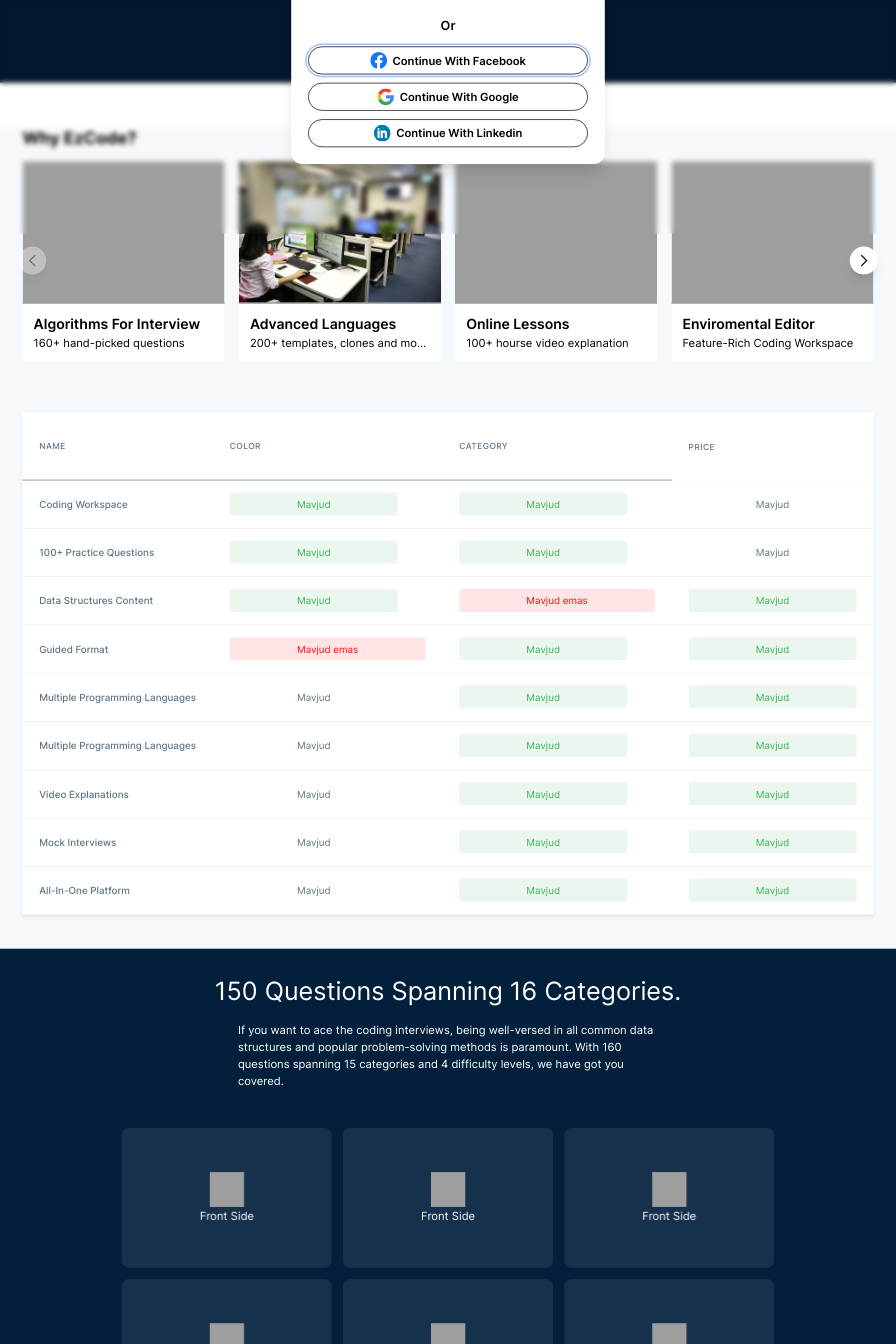
Repository: om1ars/Xjkey
Page: /
An editor plug-in stored every save of this project. The page is shown before and after the next save, followed by the edit.
The browser window is 1280 px wide. The pictures show the part of the page from y = 385 to 2305 px (the page is 3997 px tall), at 70% of full size.
Pictures or frames that could not be fetched are drawn as grey boxes. The project was rebuilt for these pictures with package versions that can differ from the ones it lists, and the page was loaded fresh each time. The framework's server and built-in components were replaced by stand-ins that run in the browser. Also part of the build but not shown: next.config.js.

Above is the page before, as saved 2022-03-19 19:47:24.

### src/pages/_app.tsx
import "@/css/fonts.css";
// Import Swiper styles
import "swiper/css";
import "swiper/css/free-mode";
import "swiper/css/scrollbar";
import "swiper/css/navigation";
//
import "@/css/main.scss";
import type { AppProps } from "next/app";
import { ThemeProvider } from "next-themes";
import { Header } from "@/components/Header";
import DefaultLayout from "@/layouts/DefaultLayout";
import Head from "next/head";

function MyApp({ Component, pageProps }: AppProps) {
  return (
    <>
      <Head>
        <link
          rel="stylesheet"
          href="https://cdn.jsdelivr.net/gh/devicons/devicon@latest/devicon.min.css"
        />
      </Head>
      <ThemeProvider attribute="class" defaultTheme="system">
        <DefaultLayout>
          <Component {...pageProps} />
        </DefaultLayout>
      </ThemeProvider>
    </>
  );
}

export default MyApp;

### src/pages/_document.tsx
import NextDocument, {
  Html,
  Head,
  Main,
  NextScript,
  DocumentContext,
} from 'next/document';

export default class Document extends NextDocument {
  static async getInitialProps(ctx: DocumentContext) {
    const initialProps = await NextDocument.getInitialProps(ctx);
    return { ...initialProps };
  }

  render() {
    return (
      <Html lang='en' className='dark'>
        <Head>
          <link href='/favicons/site.webmanifest' rel='manifest' />
          <link href='/favicons/favicon.ico' rel='shortcut icon' />
          <link
            href='/favicons/apple-touch-icon.png'
            rel='apple-touch-icon'
            sizes='180x180'
          />
          <link
            href='/favicons/favicon-32x32.png'
            rel='icon'
            sizes='32x32'
            type='image/png'
          />
          <link
            href='/favicons/favicon-16x16.png'
            rel='icon'
            sizes='16x16'
            type='image/png'
          />
          <link
            rel='mask-icon'
            href='/favicons/safari-pinned-tab.svg'
            color='#6366f1'
          />
          <meta content='#ffffff' name='theme-color' />
          <meta content='#ffffff' name='msapplication-TileColor' />
          <meta
            content='/favicons/browserconfig.xml'
            name='msapplication-config'
          />
        </Head>
        <body className='dark:highlight-white/5 bg-neutral-100 text-slate-900 antialiased dark:bg-gray-800 dark:text-white'>
          <Main />
          <NextScript />
        </body>
      </Html>
    );
  }
}

### src/pages/index.tsx
import React from "react";
import SEO from "@/components/SEO";
import AboutUs from "@/components/HomeComponents/AboutUs";
import Hero from "@/components/HomeComponents/Hero";
import AlgoFlipCard from "@/components/HomeComponents/FlipCard";
import VideosComponents from "@/components/HomeComponents/VideosComponents";
import CompareTable from "@/components/HomeComponents/CompareTable";
import { WhyUs } from "@/components/HomeComponents/WhyUs";
export default function Home() {
  return (
    <>
      <SEO />
      <Hero
        title=" The ultimate resource to prepare for coding interviews."
        subtitle="Everything you need, in one streamlined platform"
      />
      <div className="bg-whiteBg">
        <main className="mx-auto max-w-screen-xl px-6 sm:px-8">
          <div className="mt-16 space-y-20">
            <WhyUs />
          </div>
        </main>
        <main
          className="mx-auto max-w-screen-xl bg-whiteBg px-6 sm:px-8 "
          id="video-explanation"
        >
          <div className="mt-16 space-y-20">
            <CompareTable />
          </div>
        </main>
        <div className="mt-10 " id="flipCard">
          <AlgoFlipCard />
        </div>
        <main
          className="mx-auto max-w-screen-xl px-6 sm:px-8 "
          id="video-explanation"
        >
          <div className="mt-16 space-y-20">
            <VideosComponents />
          </div>
        </main>
      </div>
    </>
  );
}

### src/css/fonts.css
@font-face {
  font-family: "Inter var";
  font-weight: 100 900;
  font-display: swap;
  font-style: normal;
  font-named-instance: "Regular";
  src: url("../fonts/Inter-roman-latin.var.woff2") format("woff2");
}

@font-face {
  font-family: "Inter var";
  font-weight: 100 900;
  font-display: swap;
  font-style: italic;
  font-named-instance: "Italic";
  src: url("../fonts/Inter-italic-latin.var.woff2") format("woff2");
}

### src/layouts/DefaultLayout.tsx
import Footer from "@/components/Footer";
import { Header } from "@/components/Header";
import React, { FC } from "react";

export default function DefaultLayout({ children }: any) {
  return (
    <div>
      <Header />
      <main>{children}</main>
      <Footer />
    </div>
  );
}

### src/components/SEO.tsx
import React from "react";
import Head from "next/head";

const defaultMeta = {
  title: "Job Seeking Landing Page - Miad V",
  description: "Exprimental Project",
};

const SEO: React.FC<any> = ({ children, ...customMeta }) => {
  const meta = {
    ...defaultMeta,
    ...customMeta,
  };
  return (
    <Head>
      <meta name="robots" content="noindex" />
      <title>{meta.title}</title>
      <meta name="description" content={meta.description} />
    </Head>
  );
};

export default SEO;

### src/components/HomeComponents/CompareTable.tsx
import React from "react";
import { MdOutlineDone } from "react-icons/md";

export default function CompareTable() {
  return (
    <div>
      <div className="flex flex-col">
        <div className="overflow-x-auto sm:-mx-6 lg:-mx-8">
          <div className="inline-block min-w-full py-2 sm:px-6 lg:px-8">
            <div className="overflow-hidden shadow-md ">
              <table className="min-w-full text-text">
                <thead className="bg-white  ">
                  <tr className="">
                    <th
                      scope="col"
                      className="text-gray-700 dark:text-gray-400 py-3 px-6 text-left text-xs font-medium uppercase tracking-wider"
                    >
                      Name
                    </th>
                    <th
                      scope="col"
                      className="text-gray-700 dark:text-gray-400   py-3 px-6 pt-10 pb-10 text-left text-xs font-medium uppercase tracking-wider"
                    >
                      Color
                    </th>
                    <th
                      scope="col"
                      className="text-gray-700 dark:text-gray-400 py-3 px-6 text-left text-xs font-medium uppercase tracking-wider"
                    >
                      Category
                    </th>
                    <th
                      scope="col"
                      className="text-gray-700 dark:text-gray-400 py-3 px-6 text-left text-xs font-medium uppercase tracking-wider"
                    >
                      Price
                    </th>
                  </tr>
                </thead>
                <tbody className="bg-white">
                  {/* Product 1 */}
                  <tr className="border-b border-gray ">
                    <td className="text-gray-900 whitespace-nowrap border-t py-4 px-6 pt-6 pb-6 text-sm font-medium dark:text-white">
                      Coding Workspace
                    </td>
                    <td className="text-gray-500 dark:text-gray-400 whitespace-nowrap border-t py-4 px-6 text-sm">
                      <span className="rounded bg-successColor pl-24 pr-24 pt-2 pb-2 text-successText">
                        Mavjud
                      </span>
                    </td>
                    <td className="text-gray-500 dark:text-gray-400 whitespace-nowrap border-t py-4 px-6 text-sm">
                      <span className="rounded bg-successColor pl-24 pr-24 pt-2 pb-2 text-successText">
                        Mavjud
                      </span>
                    </td>
                    <td className="text-gray-500 dark:text-gray-400 whitespace-nowrap py-4 px-6 text-sm">
                      <span className="bg-green-100 rounded pl-24 pr-24 pt-2 pb-2">
                        Mavjud
                      </span>
                    </td>
                  </tr>
                  {/* Product 2 */}
                  <tr className="border-b border-gray ">
                    <td className="text-gray-900 whitespace-nowrap py-4 px-6 pt-6 pb-6 text-sm font-medium dark:text-white">
                      100+ Practice Questions
                    </td>
                    <td className="text-gray-500 dark:text-gray-400 whitespace-nowrap py-4 px-6 text-sm">
                      <span className="rounded bg-successColor pl-24 pr-24 pt-2 pb-2 text-successText">
                        Mavjud
                      </span>{" "}
                    </td>
                    <td className="text-gray-500 dark:text-gray-400 whitespace-nowrap py-4 px-6 text-sm">
                   <span className="rounded bg-successColor pl-24 pr-24 pt-2 pb-2 text-successText">
                        Mavjud
                      </span>{" "}
                    </td>
                    <td className="text-gray-500 dark:text-gray-400 whitespace-nowrap py-4 px-6 text-sm">
                      <span className="bg-green-100 rounded pl-24 pr-24 pt-2 pb-2">
                        Mavjud
                      </span>
                    </td>
                  </tr>
                  {/* Product 3 */}
                  <tr className="border-b border-gray ">
                    <td className="text-gray-900 whitespace-nowrap py-4 px-6 pt-6 pb-6 text-sm font-medium dark:text-white">
                      Data Structures Content
                    </td>
                    <td className="text-gray-500 dark:text-gray-400 whitespace-nowrap py-4 px-6 text-sm">
                      <span className="rounded bg-successColor pl-24 pr-24 pt-2 pb-2 text-successText">
                        Mavjud
                      </span>
                    </td>
                    <td className="text-gray-500 dark:text-gray-400 whitespace-nowrap py-4 px-6 text-sm">
                      <span className="rounded bg-dangerColor pl-24 pr-24 pt-2 pb-2 text-dangerText">
                        Mavjud emas
                      </span>
                    </td>
                    <td className="text-gray-500 dark:text-gray-400 whitespace-nowrap py-4 px-6 text-sm">
                      <span className="rounded bg-successColor pl-24 pr-24 pt-2 pb-2 text-successText">
                        Mavjud
                      </span>
                    </td>
                  </tr>
                  {/* Product 4 */}
                  <tr className="border-b border-gray ">
                    <td className="text-gray-900 whitespace-nowrap py-4 px-6 pt-6 pb-6 text-sm font-medium dark:text-white">
                      Guided Format
                    </td>
                    <td className="text-gray-500 dark:text-gray-400 whitespace-nowrap py-4 px-6 text-sm">
                      <span className="rounded bg-dangerColor pl-24 pr-24 pt-2 pb-2 text-dangerText">
                        Mavjud emas
                      </span>
                    </td>
                    <td className="text-gray-500 dark:text-gray-400 whitespace-nowrap py-4 px-6 text-sm">
                   <span className="rounded bg-successColor pl-24 pr-24 pt-2 pb-2 text-successText">
                        Mavjud
                      </span>
                    </td>
                    <td className="text-gray-500 dark:text-gray-400 whitespace-nowrap py-4 px-6 text-sm">
                      <span className="rounded bg-successColor pl-24 pr-24 pt-2 pb-2 text-successText">
                        Mavjud
                      </span>
                    </td>
                  </tr>
                  {/* Product 5 */}
                  <tr className="border-b border-gray ">
                    <td className="text-gray-900 whitespace-nowrap py-4 px-6 pt-6 pb-6 text-sm font-medium dark:text-white">
                      Multiple Programming Languages{" "}
                    </td>
                    <td className="text-gray-500 dark:text-gray-400 whitespace-nowrap py-4 px-6 text-sm">
                      <span className="bg-green-100 rounded pl-24 pr-24 pt-2 pb-2">
                        Mavjud
                      </span>
                    </td>
                    <td className="text-gray-500 dark:text-gray-400 whitespace-nowrap py-4 px-6 text-sm">
                   <span className="rounded bg-successColor pl-24 pr-24 pt-2 pb-2 text-successText">
                        Mavjud
                      </span>
                    </td>
                    <td className="text-gray-500 dark:text-gray-400 whitespace-nowrap py-4 px-6 text-sm">
                      <span className="rounded bg-successColor pl-24 pr-24 pt-2 pb-2 text-successText">
                        Mavjud
                      </span>
                    </td>
                  </tr>
                  <tr className="border-b border-gray ">
                    <td className="text-gray-900 whitespace-nowrap py-4 px-6 pt-6 pb-6 text-sm font-medium dark:text-white">
                      Multiple Programming Languages{" "}
                    </td>
                    <td className="text-gray-500 dark:text-gray-400 whitespace-nowrap py-4 px-6 text-sm">
                      <span className="bg-green-100 rounded pl-24 pr-24 pt-2 pb-2">
                        Mavjud
                      </span>
                    </td>
                    <td className="text-gray-500 dark:text-gray-400 whitespace-nowrap py-4 px-6 text-sm">
                   <span className="rounded bg-successColor pl-24 pr-24 pt-2 pb-2 text-successText">
                        Mavjud
                      </span>
                    </td>
                    <td className="text-gray-500 dark:text-gray-400 whitespace-nowrap py-4 px-6 text-sm">
                      <span className="rounded bg-successColor pl-24 pr-24 pt-2 pb-2 text-successText">
                        Mavjud
                      </span>
                    </td>
                  </tr>
                  <tr className="border-b border-gray ">
                    <td className="text-gray-900 whitespace-nowrap py-4 px-6 pt-6 pb-6 text-sm font-medium dark:text-white">
                      Video Explanations
                    </td>
                    <td className="text-gray-500 dark:text-gray-400 whitespace-nowrap py-4 px-6 text-sm">
                      <span className="bg-green-100 rounded pl-24 pr-24 pt-2 pb-2">
                        Mavjud
                      </span>
                    </td>
                    <td className="text-gray-500 dark:text-gray-400 whitespace-nowrap py-4 px-6 text-sm">
                   <span className="rounded bg-successColor pl-24 pr-24 pt-2 pb-2 text-successText">
                        Mavjud
                      </span>
                    </td>
                    <td className="text-gray-500 dark:text-gray-400 whitespace-nowrap py-4 px-6 text-sm">
                      <span className="rounded bg-successColor pl-24 pr-24 pt-2 pb-2 text-successText">
                        Mavjud
                      </span>
                    </td>
                  </tr>
                  <tr className="border-b border-gray ">
                    <td className="text-gray-900 whitespace-nowrap py-4 px-6 pt-6 pb-6 text-sm font-medium dark:text-white">
                      Mock Interviews
                    </td>
                    <td className="text-gray-500 dark:text-gray-400 whitespace-nowrap py-4 px-6 text-sm">
                      <span className="bg-green-100 rounded pl-24 pr-24 pt-2 pb-2">
                        Mavjud
                      </span>
                    </td>
                    <td className="text-gray-500 dark:text-gray-400 whitespace-nowrap py-4 px-6 text-sm">
                   <span className="rounded bg-successColor pl-24 pr-24 pt-2 pb-2 text-successText">
                        Mavjud
                      </span>
                    </td>
                    <td className="text-gray-500 dark:text-gray-400 whitespace-nowrap py-4 px-6 text-sm">
                      <span className="rounded bg-successColor pl-24 pr-24 pt-2 pb-2 text-successText">
                        Mavjud
                      </span>
                    </td>
                  </tr>
                  <tr className="border-b border-gray ">
                    <td className="text-gray-900 whitespace-nowrap py-4 px-6 pt-6 pb-6 text-sm font-medium dark:text-white">
                      All-In-One Platform
                    </td>
                    <td className="text-gray-500 dark:text-gray-400 whitespace-nowrap py-4 px-6 text-sm">
                      <span className="bg-green-100 rounded pl-24 pr-24 pt-2 pb-2">
                        Mavjud
                      </span>
                    </td>
                    <td className="text-gray-500 dark:text-gray-400 whitespace-nowrap py-4 px-6 text-sm">
                   <span className="rounded bg-successColor pl-24 pr-24 pt-2 pb-2 text-successText">
                        Mavjud
                      </span>
                    </td>
                    <td className="text-gray-500 dark:text-gray-400 whitespace-nowrap py-4 px-6 text-sm">
                      <span className="rounded bg-successColor pl-24 pr-24 pt-2 pb-2 text-successText">
                        Mavjud
                      </span>
                    </td>
                  </tr>
                </tbody>
              </table>
            </div>
          </div>
        </div>
      </div>
    </div>
  );
}

### src/css/flip-card.scss
.algo_flip_card_container {
  width: 100%;
  padding: 40px;
  height: 100%;
  background: #02203c;
  //   display: flex;
  justify-content: center;
  align-items: center;
}
.services-box {
  display: flex;
  justify-content: center;
  align-items: center;
  flex-wrap: wrap;
}

.service {
  margin: 8px;
}

.flip-box {
  background-color: transparent;
  width: 300px;
  height: 200px;
  //   border: 1px solid #15314b;
  border-radius: 10px;
  perspective: 1000px;
}

.flip-box-inner {
  position: relative;
  width: 100%;
  height: 100%;
  text-align: center;
  transition: transform 0.4s;
  transform-style: preserve-3d;

  display: flex;
  justify-content: center;
  align-items: center;
}

.flip-box:hover .flip-box-inner {
  transform: rotateY(180deg);
}

.flip-box-front,
.flip-box-back {
  position: absolute;
  width: 100%;
  height: 100%;
  -webkit-backface-visibility: hidden;
  backface-visibility: hidden;

  display: flex;
  justify-content: center;
  align-items: center;
  flex-direction: column;
}

.flip-box-front {
  background-color: #15314b;
  color: white;
  border-radius: 10px;
}

.flip-box-front img {
  height: 50px;
  width: 50px;
}

.flip-box-back {
  background-color: #15314b;
  color: white;
  transform: rotateY(180deg);
  border-radius: 10px;
  padding: 16px;
}

### src/components/Footer.tsx
import Link from "next/link";
import React from "react";

export default function Footer() {
  return (
    <div>
      <div className="bg-darkBg text-whiteBg flex flex-col items-center justify-center pl-48 pr-48 pt-16 pb-10">
        <div className="sm:flex sm:flex-wrap md:flex md:flex-wrap lg:flex ">
          <div className="ml-4 flex ">
            <span className="mr-2 ml-2">
              <Link href="/help">Contact us</Link>
            </span>
            <div className=" ml-2 w-0.5 bg-gray-500"></div>
          </div>
          <div className="ml-4 flex ">
            <span className="mr-2 ml-2">FAQ</span>
            <div className=" ml-2 w-0.5 bg-gray-500"></div>
          </div>
          <div className="ml-4 flex ">
            <span className="mr-2 ml-2">Reviews</span>
            <div className=" ml-2 w-0.5 bg-gray-500"></div>
          </div>
          <div className="ml-4 flex ">
            <span className="mr-2 ml-2">Blog</span>
            <div className=" ml-2 w-0.5 bg-gray-500"></div>
          </div>
          <div className="ml-4 flex ">
            <span className="mr-2 ml-2">Jobs</span>
            <div className=" ml-2 w-0.5 bg-gray-500"></div>
          </div>
          <div className="ml-4 flex ">
            <span className="mr-2 ml-2 ">Legal stuff</span>
          </div>
        </div>
        <div className="mt-6">
          <span>Copyright © 2017-2022 EzCode LLC. All rights reserved.</span>
        </div>
      </div>
    </div>
  );
}

### src/components/Logo.tsx
import clsx from "clsx";
import React from "react";

export default function Logo() {
  return (
    <span
      className={clsx(
        "bg-gradient-to-r from-fuchsia-800 via-purple-600 to-indigo-800 bg-clip-text align-middle text-3xl font-black tracking-widest text-transparent"
      )}
    >
      HIREDLi
    </span>
  );
}

### src/utils/assertions.ts
export const __DEV__ = process.env.NODE_ENV !== "production";

Loaded but not shown: tailwind.config.js (34 lines, source omitted); src/components/Header.tsx (405 lines, source omitted); src/components/HomeComponents/FlipCard.tsx (283 lines, source omitted); src/components/HomeComponents/AuthenticationDialog.tsx (206 lines, source omitted); src/components/ThemeToggle.tsx (220 lines, source omitted); src/components/HomeComponents/Hero.tsx (167 lines, source omitted); src/components/HomeComponents/WhyUs.tsx (143 lines, source omitted); src/components/Button/index.tsx (185 lines, source omitted); src/components/HomeComponents/VideosComponents.tsx (45 lines, source omitted); src/css/main.scss (87 lines, source omitted)

After the next save:
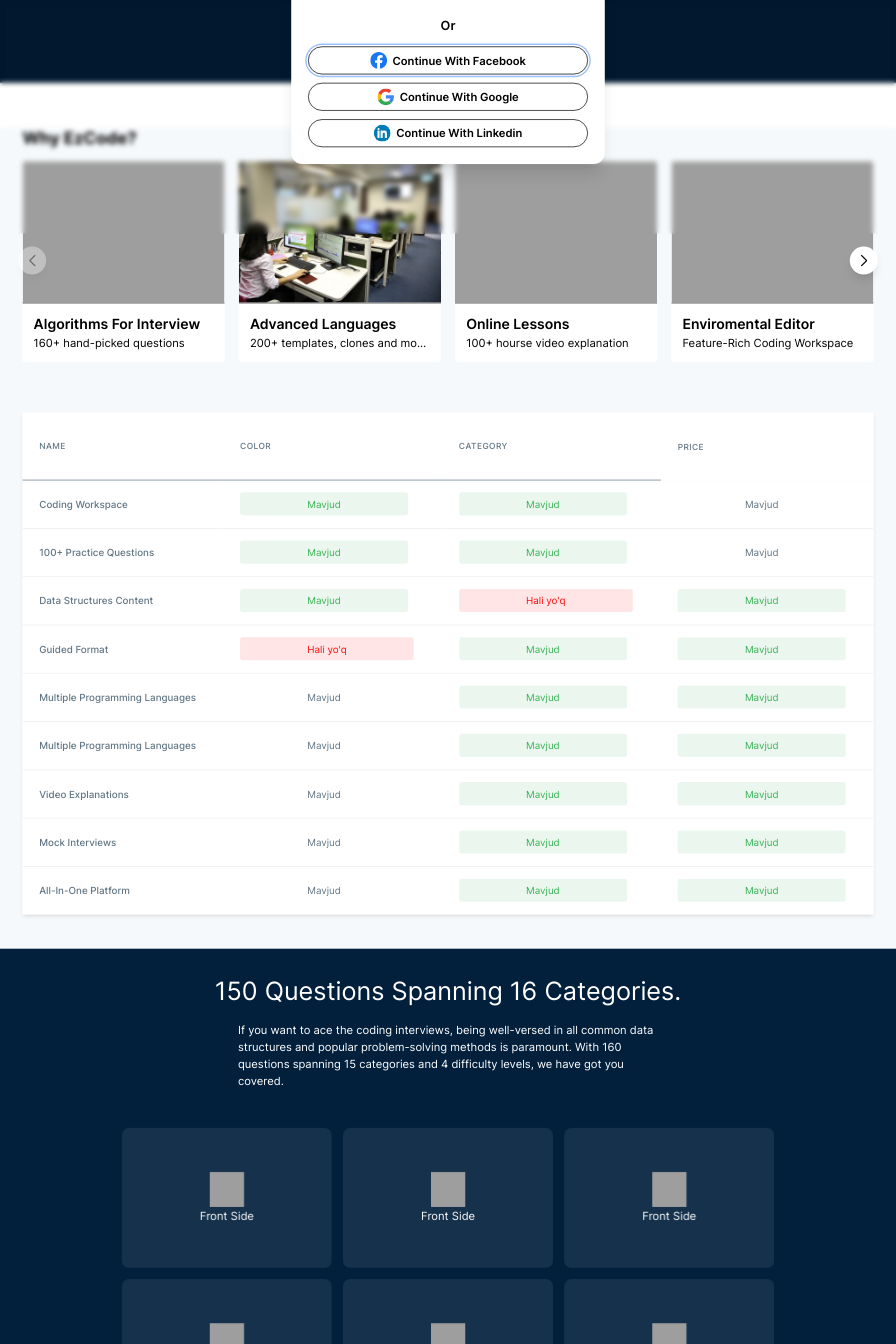
Saved 6 s later.
--- a/src/components/HomeComponents/CompareTable.tsx
+++ b/src/components/HomeComponents/CompareTable.tsx
@@ -92,7 +92,7 @@ export default function CompareTable() {
                     </td>
                     <td className="text-gray-500 dark:text-gray-400 whitespace-nowrap py-4 px-6 text-sm">
                       <span className="rounded bg-dangerColor pl-24 pr-24 pt-2 pb-2 text-dangerText">
-                        Mavjud emas
+                        Hali yo'q
                       </span>
                     </td>
                     <td className="text-gray-500 dark:text-gray-400 whitespace-nowrap py-4 px-6 text-sm">
@@ -108,7 +108,7 @@ export default function CompareTable() {
                     </td>
                     <td className="text-gray-500 dark:text-gray-400 whitespace-nowrap py-4 px-6 text-sm">
                       <span className="rounded bg-dangerColor pl-24 pr-24 pt-2 pb-2 text-dangerText">
-                        Mavjud emas
+                        Hali yo'q
                       </span>
                     </td>
                     <td className="text-gray-500 dark:text-gray-400 whitespace-nowrap py-4 px-6 text-sm">
